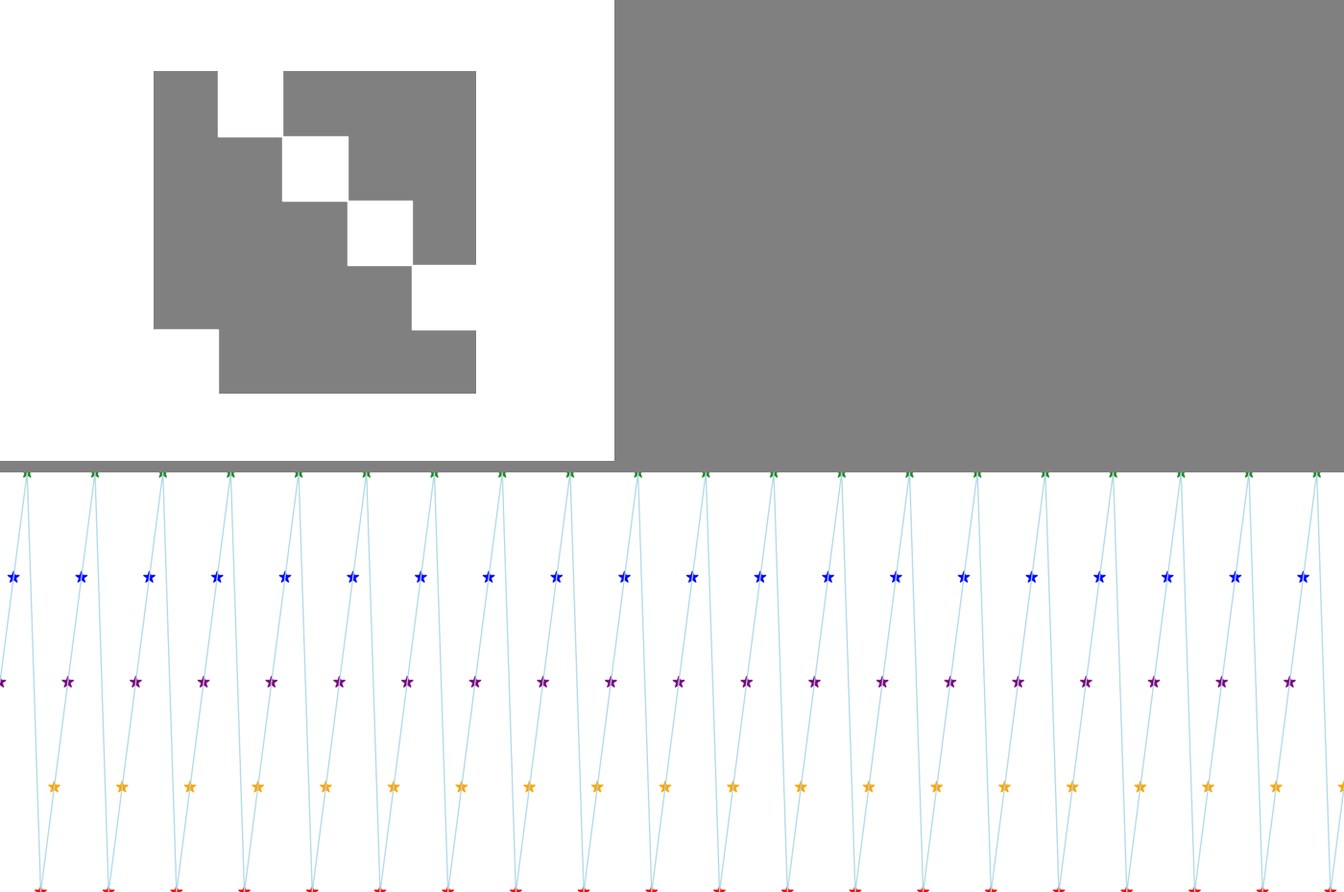
Repository: Carty-Bao/BNPHMM
Script's output: python code/synth.py
These files come from the project's save history. The script's output is drawn as it stood at one moment and after the next save; the edit follows.
The pictures are shown at 96% of full size.
Each picture stacks the figures in order, with grey between them; figures that are only written to a file come last. Figures wider than 1,400 px are first shrunk to that width. Random numbers start from a fixed seed.

Above is the script's output before, as saved 2022-08-18 14:56:35.

### code/synth.py
'''
author: Jiadi
Date: 2022.5.7
TODO: add parser
'''
import random
from math import ceil
from re import X
import numpy as np
import pylab as P
from scipy.stats import entropy
# from torch import threshold

def _blob(x,y,area,colour):
    """
    Draws a square-shaped blob with the given area (< 1) at
    the given coordinates.
    """
    hs = np.sqrt(area) / 2
    xcorners = np.array([x - hs, x + hs, x + hs, x - hs])
    ycorners = np.array([y - hs, y - hs, y + hs, y + hs])
    P.fill(xcorners, ycorners, colour, edgecolor=colour)

def hinton(W, maxWeight=None):
    """
    Draws a Hinton diagram for visualizing a weight matrix.
    Temporarily disables matplotlib interactive mode if it is on,
    otherwise this takes forever.
    """
    reenable = False
    if P.isinteractive():
        P.ioff()
    P.clf()
    height, width = W.shape
    if not maxWeight:
        maxWeight = 2**np.ceil(np.log(np.max(np.abs(W)))/np.log(2))

    P.fill(np.array([0,width,width,0]),np.array([0,0,height,height]),'gray')
    P.axis('off')
    P.axis('equal')
    for x in range(width):
        for y in range(height):
            _x = x+1
            _y = y+1
            w = W[y,x]
            if w > 0:
                _blob(_x - 0.5, height - _y + 0.5, min(1,w/maxWeight),'white')
            elif w < 0:
                _blob(_x - 0.5, height - _y + 0.5, min(1,-w/maxWeight),'black')
    if reenable:
        P.ion()
    P.show()

def gen_alpha(type = 'jitter', K = 3):
    '''
    为HMM生成状态转移矩阵和HMM集群中心
    type:调制基形,以PRI为例,可选的调制基形:
    'jitter','stagger','slide','dwell'
    center:不同调制基形对应不同集群中心,如果不指定集群中心,默认中心个数=3

    默认均为一维变量
    '''

    if type == 'jitter':
        assert K==1, "K must be 1"
        alpha = np.eye(K)
    if type in ['stagger', 'agile', 'dwell']:
        alpha = np.eye(K)
        while(1 in np.diag(alpha)):
            np.random.shuffle(alpha)
    if type == 'slide':
        alpha = np.eye(K)
        alpha = np.vstack((alpha[1:],alpha[0]))
    # if type == 'dwell':
    #     tr = np.eye(K)
    #     while(1 in np.diag(tr)):
    #         np.random.shuffle(tr)
    #     alpha = 0.05*tr + np.eye(K)
    return alpha

def Non_ideal_HMM(N, K, XDim=1, mu_sd_factor=0, L=10, spur_ratio=0, miss_ratio=0,type='stagger', mu = None):
    '''N: number of observations
    K: number of discrete components
    XDim: dimensionality of observed data (default = 2)
    mu:HMM集群的中心值，如果没有制定就是[100, 110, 120,...]

    计算虚假脉冲和缺失脉冲个数'''

    spur_num = np.floor(spur_ratio * N)
    miss_num = np.floor(miss_ratio * N)
    N_unideal = int(N + spur_num + miss_num)
    X = np.zeros((N_unideal,XDim))
    Y = np.zeros((N_unideal,L))
    z = np.zeros(K)#记录上一个状态
    Z = np.zeros((N_unideal, 1))
    alpha = gen_alpha(type=type, K=K)

    beta = 0.1 #intial dist params.
    pik = np.random.dirichlet(beta*np.ones(K)) #distribution over initial state p(l_0)
    A = alpha / np.reshape(alpha.sum(axis=1),(K,1))#把alpha归一化
    hinton(A)
    # mu = np.array([np.random.multivariate_normal(np.zeros(XDim),20*np.eye(XDim)) for _ in range(K)]) #每个类别的均值
    if mu == None:
        mu = np.array([[100+10*i] for i in range(K)])
        mu_init = mu.copy()
    else:
        mu = np.array([mu])
        print(mu)
        mu = mu.T
        mu_init = mu.copy()
    C = np.array([mu_sd_factor*np.eye(XDim) for _ in range(K)])#每个类别的方差
    pr_y = np.array([np.random.dirichlet(0.1*np.ones(L)) for _ in range(K)])#每个类别的可能性的先验概率
    #draw observations:
    n = 0
    bound = X.shape[0]
    while(n<=bound):
        #draw latent component:
        if n==0:
            z = np.random.multinomial(1, pik)
        else:
            prev_z = z.argmax()
            z = np.random.multinomial(1,A[prev_z,:])
        z_n = z.argmax()#记录下一个状态
        if np.random.choice(2, 1, p=[1 - miss_ratio, miss_ratio]) and type is not 'dwell':#缺失脉冲
            X = np.delete(X, n, axis=0)
            Y = np.delete(Y, n, axis=0)
            Z = np.delete(Z, n, axis=0)
            continue
        if np.random.choice(2, 1, p=[1 - spur_ratio, spur_ratio]) and type is not 'dwell':#虚假脉冲
            spur_value = np.random.uniform(low=min(mu),high=max(mu),size=1)
            X[n,:] = np.random.multivariate_normal(spur_value, C[z_n,:,:])
            # Z[n,:] = abs(mu-spur_value).argmin()
            Z[n,:] = K+1
            n+=1
        if type=='dwell':
            for dns in range(5):
                if np.random.choice(2, 1, p=[1 - miss_ratio, miss_ratio]):#缺失脉冲
                    X = np.delete(X, n, axis=0)
                    Y = np.delete(Y, n, axis=0)
                    Z = np.delete(Z, n, axis=0)
                    continue
                if np.random.choice(2, 1, p=[1 - spur_ratio, spur_ratio]):#虚假脉冲
                    spur_value = np.random.uniform(low=min(mu),high=max(mu),size=1)
                    X[n,:] = np.random.multivariate_normal(spur_value, C[z_n,:,:])
                    # Z[n,:] = abs(mu-spur_value).argmin()
                    Z[n,:] = K+1
                    n+=1
                X[n,:] = np.random.multivariate_normal(mu[z_n,:], C[z_n,:,:])
                Y[n,:] = np.random.multinomial(1,pr_y[z_n,:])
                Z[n,:] = z_n
                bound = X.shape[0]-1
                n+=1
                if n>bound:
                    break
        else:
            X[n,:] = np.random.multivariate_normal(mu[z_n,:], C[z_n,:,:])
            if type == 'agile':
                Z[n,:] = np.where(mu_init == mu[z_n,:])[0]
            if (n+1) % K == 0 and type=='agile':
                np.random.shuffle(mu)

        if type !='dwell':
            Y[n,:] = np.random.multinomial(1,pr_y[z_n,:])
            if type != 'agile':
                Z[n,:] = z_n
            n+=1
            bound = X.shape[0]-1
    #返回每个类别的均值
    return X,Y,Z,mu

def workmode_cat(nums = None, Ks = None, mus = None, XDim=1, mu_sd_factor = 0, spur_ratio = 0, miss_ratio = 0, types = None):
    '''
    将生成的数据拼接
    nums Ks types均为列表 长度相同
    '''
    seq_num = len(nums)
    assert len(Ks) == seq_num, "Do not have enough Ks"
    assert len(types) == seq_num, "Do not have enough types"
    assert len(mus) == seq_num, "Do not have enough mus"

    X = None
    Z = None
    mus_grd = None
    paras = zip(nums, Ks, mus, types)
    for para in paras:
        session, _, labels, mu_grd = Non_ideal_HMM(N=para[0], K=para[1],mu = para[2], XDim=XDim, mu_sd_factor=mu_sd_factor, spur_ratio=spur_ratio, miss_ratio=miss_ratio,type=para[3])
        if X is None and mus_grd is None:
            X = session
            Z = labels
            mus_grd = mu_grd
        else:
            X = np.vstack((X, session))
            Z = np.vstack((Z, labels))
            mus_grd = np.vstack((mus_grd, mu_grd))
    return X, Z, mus_grd

def center_compare(center1, center2, threshold):
    '''
    比较两个集群中心
    '''
    diff = np.array([])
    for num in center1:
        diff = np.append(diff,min(abs(num-center2)))
    change = diff.sum()/diff.shape[0] > threshold
    cusum =  float(diff.sum())/diff.shape[0]
    return change,threshold #1是手动设置阈值

def trans_compare(A_1, A_2, mu_1, mu_2,threshold=1):
    def trans(A, order):
        N = len(order)
        # print(order)
        new_matrix = np.zeros((N,N))
        for i, row in enumerate(order):
            for j, col in enumerate(order):
                try:
                    new_matrix[row][col] = A[i][j]
                except IndexError:
                    if A.shape[0] < N:#A_1<A_2,填上0
                        new_matrix[row][col] = 0.1
                    # else:

        return new_matrix

    def trans_order(mu_1,mu_2):
        order = []
        N = len(mu_1)
        minus_dis = []
        for mu in mu_1:
            minus = mu_2 - mu
            order.append(np.argmin(abs(minus)))
            minus_dis.append(np.min(abs(minus)))
        return order

    order = trans_order(mu_1,mu_2)
    A2_new = trans(A_2,order)
    e = 0
    for index in range(len(order)):
        e += entropy(A_1[index], A2_new[index])
    change = e > threshold
    cusum = e
    return change, cusum

if __name__=="__main__":

    import matplotlib as mpl
    mpl.use('TkAgg')
    import matplotlib.pyplot as plt
    import pandas as pd
    np.set_printoptions(threshold=np.inf)
    plt.rc('font',family='Times New Roman')

    #数据生成
    N, K_grnd, K = 100, 5, 10
    X1, _, Z, mu_grd = Non_ideal_HMM(N, K_grnd, mu_sd_factor= 0, spur_ratio=0., miss_ratio=0,type='slide')

    # Ns = [100,150,180]
    # Ks = [4,5,6]
    # types = ['stagger','slide','stagger']
    # X, mu_grd = workmode_cat(nums=Ns, Ks=Ks, mu_sd_factor=0, spur_ratio=0, miss_ratio=0, types=types)
    pulse = []
    labels = []
    for p, z in zip(X1,Z):
        labels.append(int(z))
        pulse.append(int(p))

    #颜色赋值
    col = []
    colors = ['#FF0000', '#FFA500', 'purple', 'blue', '#228B22']
    for i in range(0, len(labels)):
        col.append(colors[int(labels[i])])



    plt.figure(dpi=150,figsize=(16,5))
    # plt.xlabel("PRI index")
    # plt.ylabel("PRI value")
    # plt.title("agile PRI")
    plt.axis('off')
    plt.plot(range(len(X1)), X1,color='lightblue', linewidth=1.0)
    plt.scatter(range(len(X1)), X1, c=col,marker='*',s=100)
    plt.subplots_adjust(top = 1, bottom = 0, right = 1, left = 0, hspace = 0, wspace = 0)
    plt.margins(0,0)

    plt.savefig("genworkmode/slide_color.png", transparent=False, dpi=300, pad_inches = 0,format='png')
    plt.show()

After the next save:
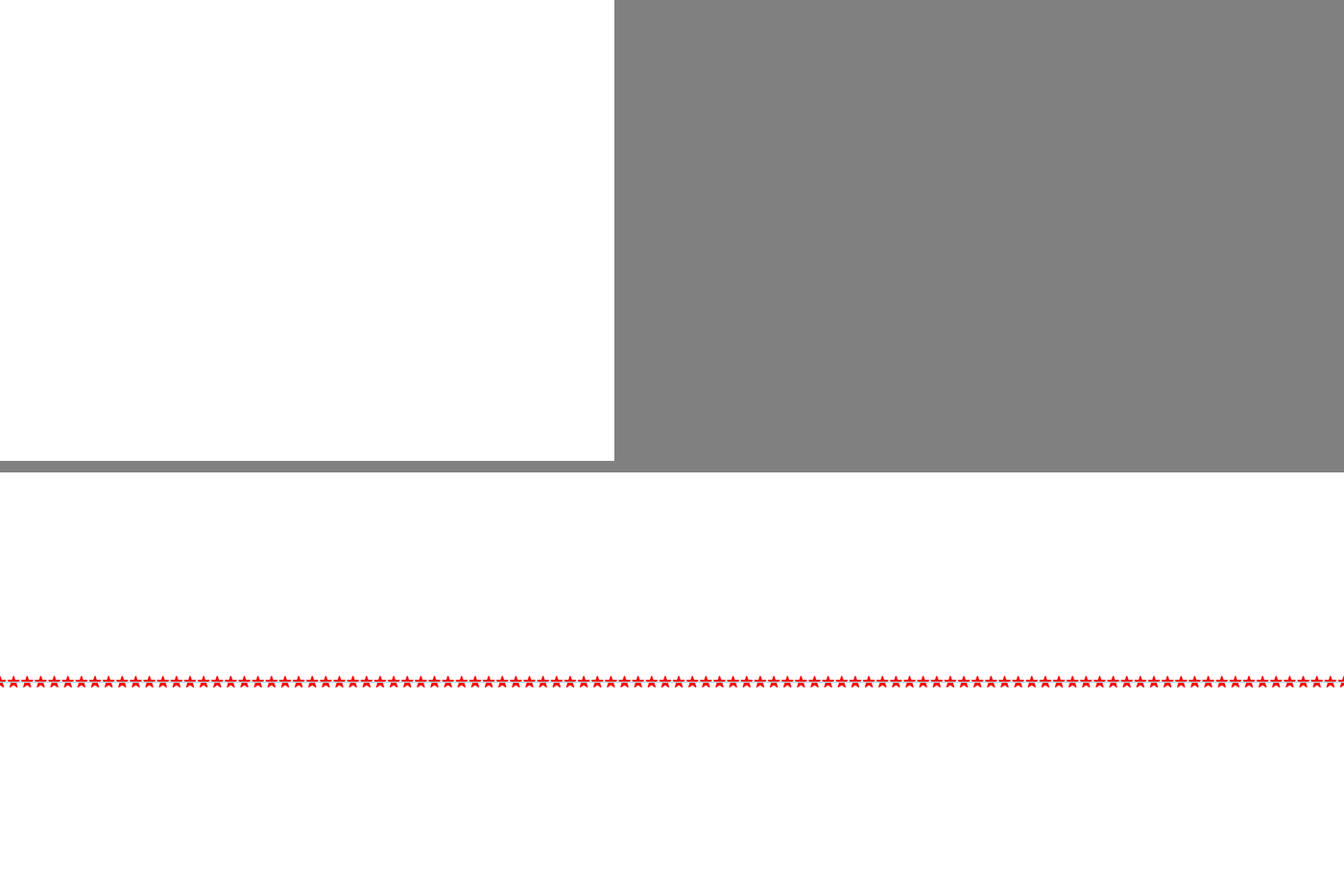
Saved 8 min 13 s later.
--- a/code/synth.py
+++ b/code/synth.py
@@ -250,8 +250,8 @@ if __name__=="__main__":
     plt.rc('font',family='Times New Roman')
 
     #数据生成
-    N, K_grnd, K = 100, 5, 10
-    X1, _, Z, mu_grd = Non_ideal_HMM(N, K_grnd, mu_sd_factor= 0, spur_ratio=0., miss_ratio=0,type='slide')
+    N, K_grnd, K = 100, 1, 10
+    X1, _, Z, mu_grd = Non_ideal_HMM(N, K_grnd, mu_sd_factor= 0, spur_ratio=0., miss_ratio=0,type='jitter')
 
     # Ns = [100,150,180]
     # Ks = [4,5,6]
